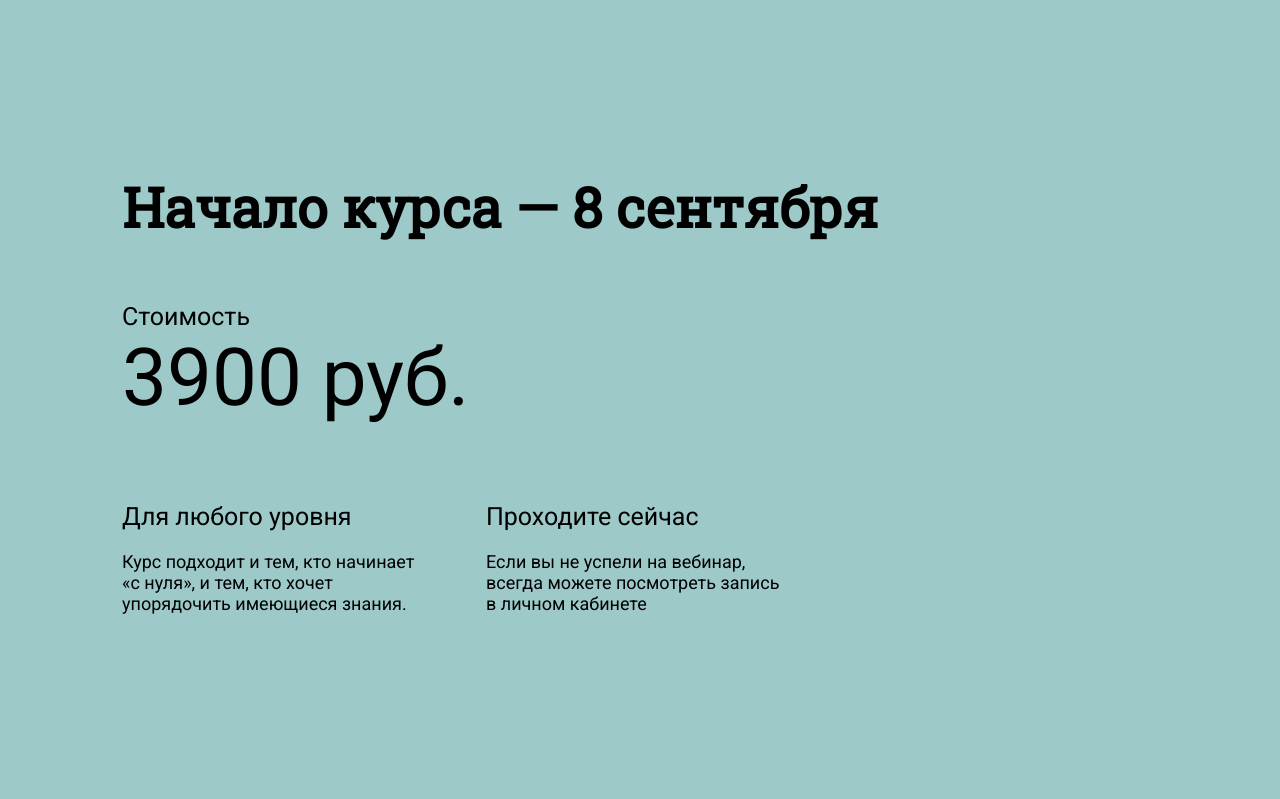
Repository: NatiqSamiyev/fiqma-task3
Page: index.html
An editor plug-in stored every save of this project. The page is shown before and after a run of saves, followed by the edit.
The browser window is 1280 px wide. The pictures show the whole page.

Above is the page before, as saved 2023-08-09 13:20:30.

After the next 4 saves:
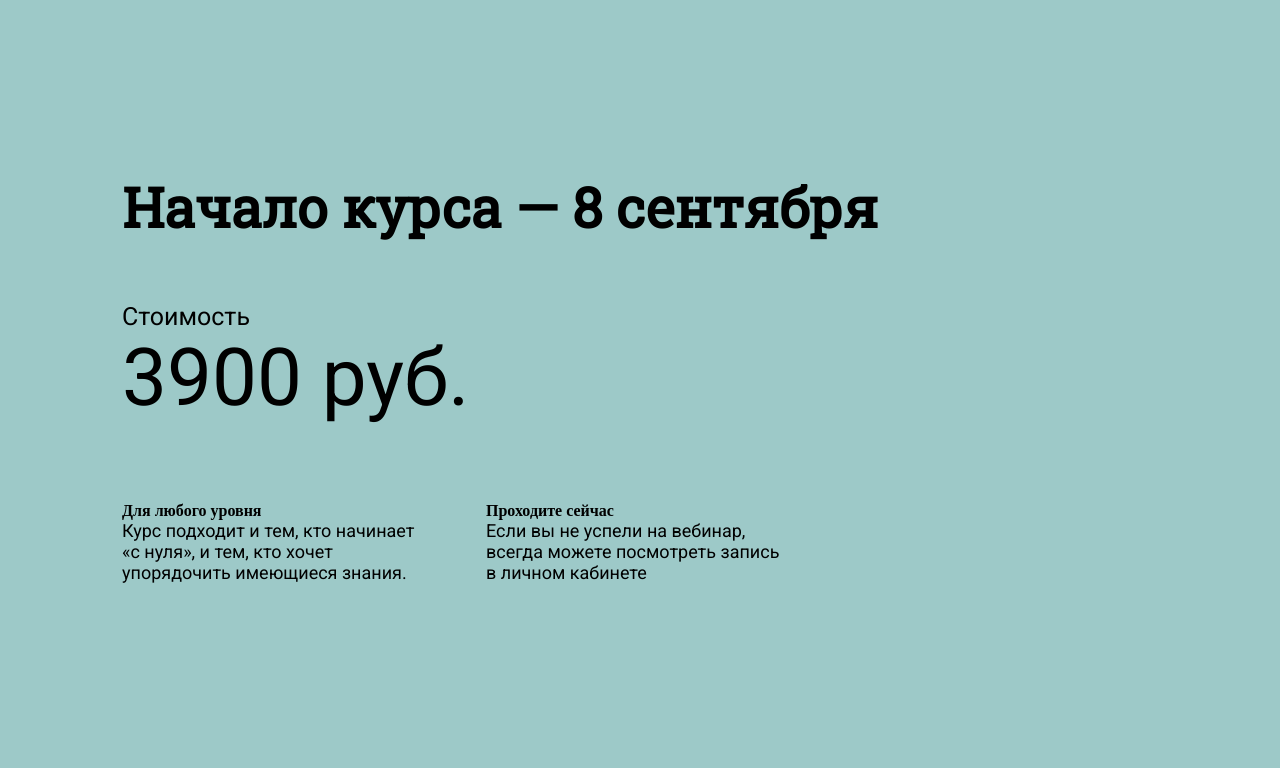
The 4 saves are shown as one change because they came seconds apart.
The last was saved 21 s later.
--- a/index.html
+++ b/index.html
@@ -13,7 +13,7 @@
       <h3>3900 руб.</h3>
       <ul>
         <li>
-          <h5>Для любого уровня</h5>
+          <h4>Для любого уровня</h4>
           <p>
             Курс подходит и тем, кто начинает «с нуля», и тем, кто хочет
             упорядочить имеющиеся знания.
@@ -21,7 +21,7 @@
         </li>
 
         <li>
-          <h5>Проходите сейчас</h5>
+          <h4>Проходите сейчас</h4>
           <p>
             Если вы не успели на вебинар, всегда можете посмотреть запись в
             личном кабинете
